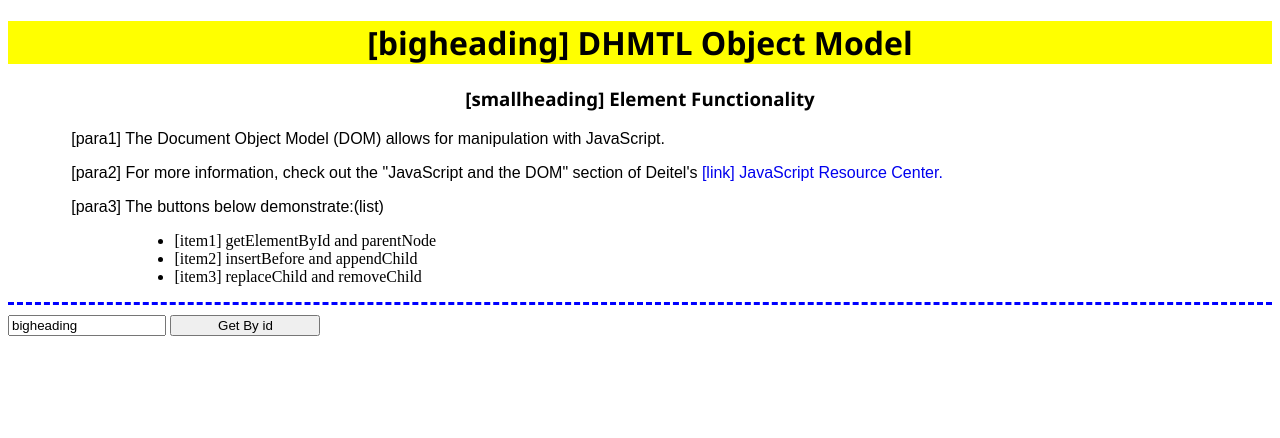
Repository: mlmEFSC21/P21-DOM-html
Page: dom.html
An editor plug-in stored every save of this project. The page is shown before and after the next save, followed by the edit.
The browser window is 1280 px wide. The pictures show the whole page.

Above is the page before, as saved 2022-04-13 14:53:30.

After the next save:
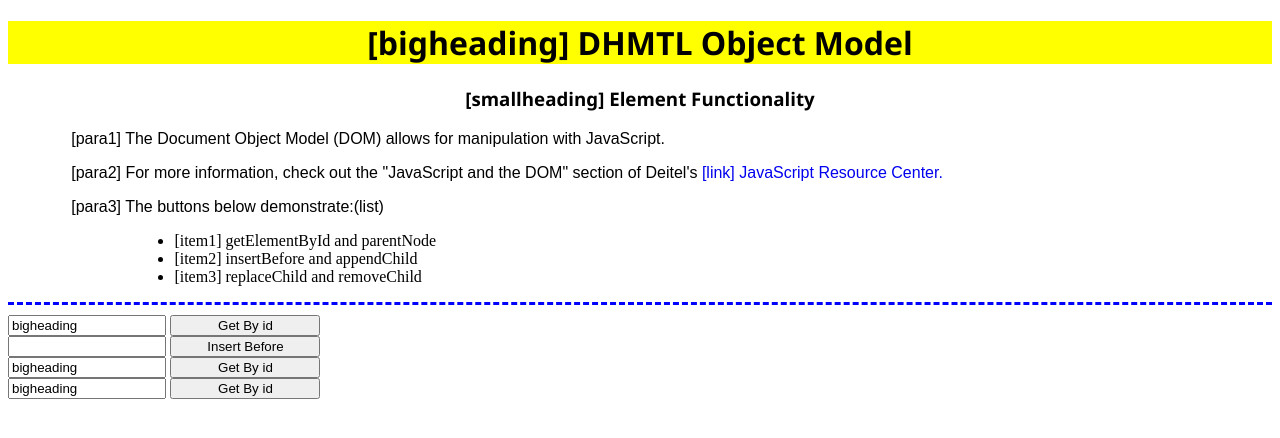
Saved 93 s later.
--- a/dom.html
+++ b/dom.html
@@ -32,6 +32,18 @@
                     <input type="text" value="bigheading" id="gbi" />
                     <input type="button" value="Get By id" id="byIdButton" />
                 </p>
+                <p>
+                    <input type="text" id="ins" />
+                    <input type="button" value="Insert Before" id="insertButton" />
+                </p>
+                <p>
+                    <input type="text" value="bigheading" id="gbi" />
+                    <input type="button" value="Get By id" id="byIdButton" />
+                </p>
+                <p>
+                    <input type="text" value="bigheading" id="gbi" />
+                    <input type="button" value="Get By id" id="byIdButton" />
+                </p>
             </form>
         </div>
     </body>
